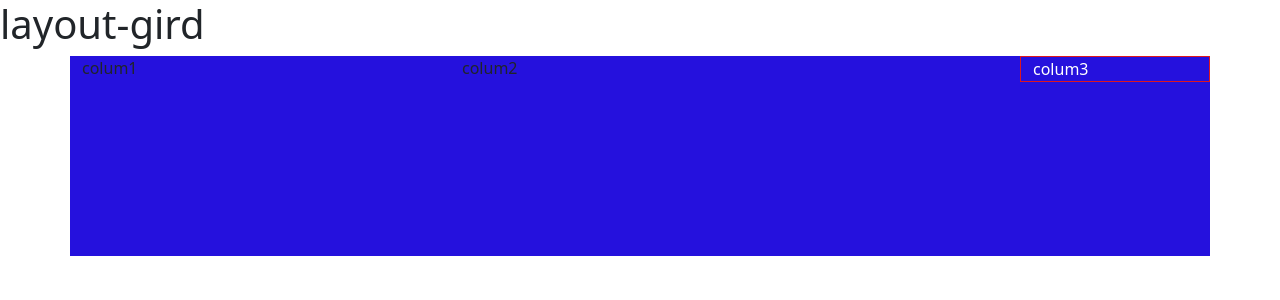
Repository: cvTuananh/Wed-famework
Page: lab05/demo4.html
An editor plug-in stored every save of this project. The page is shown before and after the next save, followed by the edit.
The browser window is 1280 px wide. The pictures show the whole page.

Above is the page before, as saved 2021-09-30 19:44:40.

After the next save:
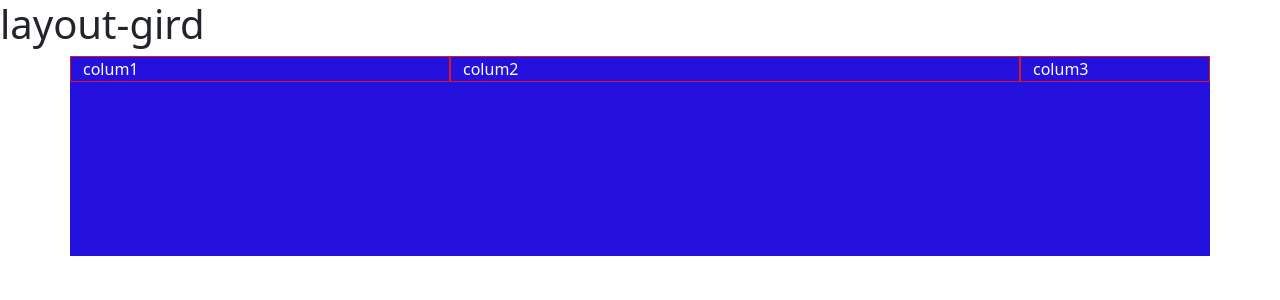
Saved 5 s later.
--- a/lab05/demo4.html
+++ b/lab05/demo4.html
@@ -14,7 +14,7 @@
             background-color: var(--color-blue);
         }
 
-        .col {
+        .item {
             border: 1px solid var(--color-red);
             color: var(--color-white);
         }
